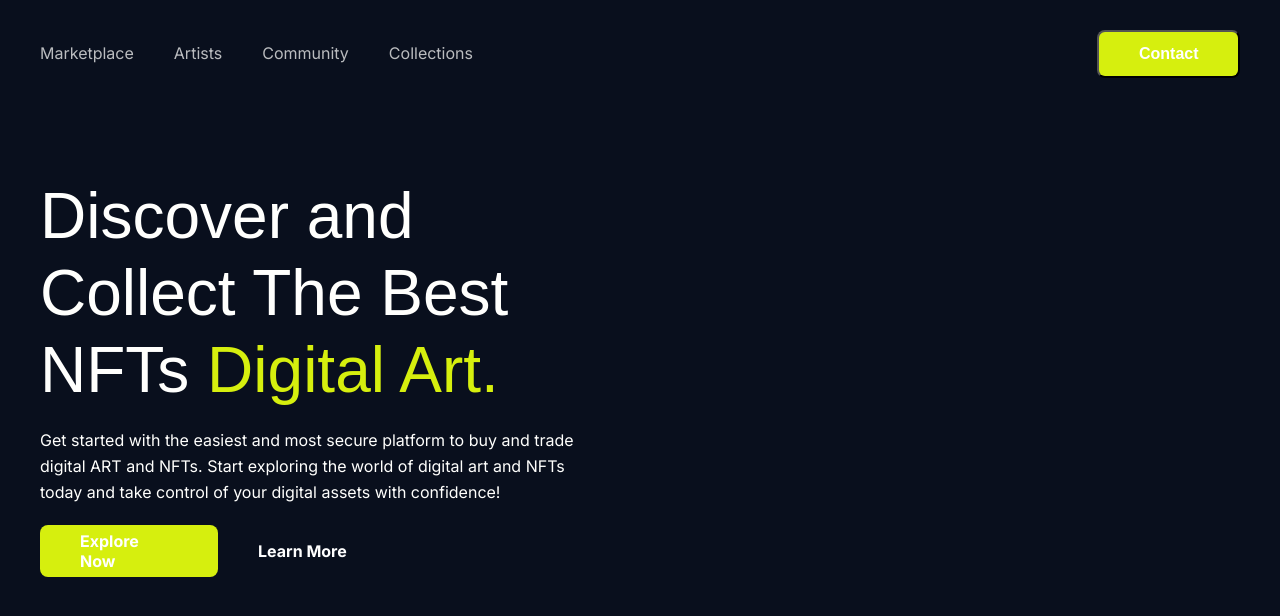
Repository: Kamron5505/NftMarketplace
Page: index.html
These files come from the project's save history. The page is drawn as it stood at one moment and after a run of saves; the edit follows.
The browser window is 1280 px wide. The pictures show the whole page.
Some web fonts or font styles are not loaded; a fallback is used.

Above is the page before, as saved 2025-07-08 13:07:04.

After the next 3 saves:
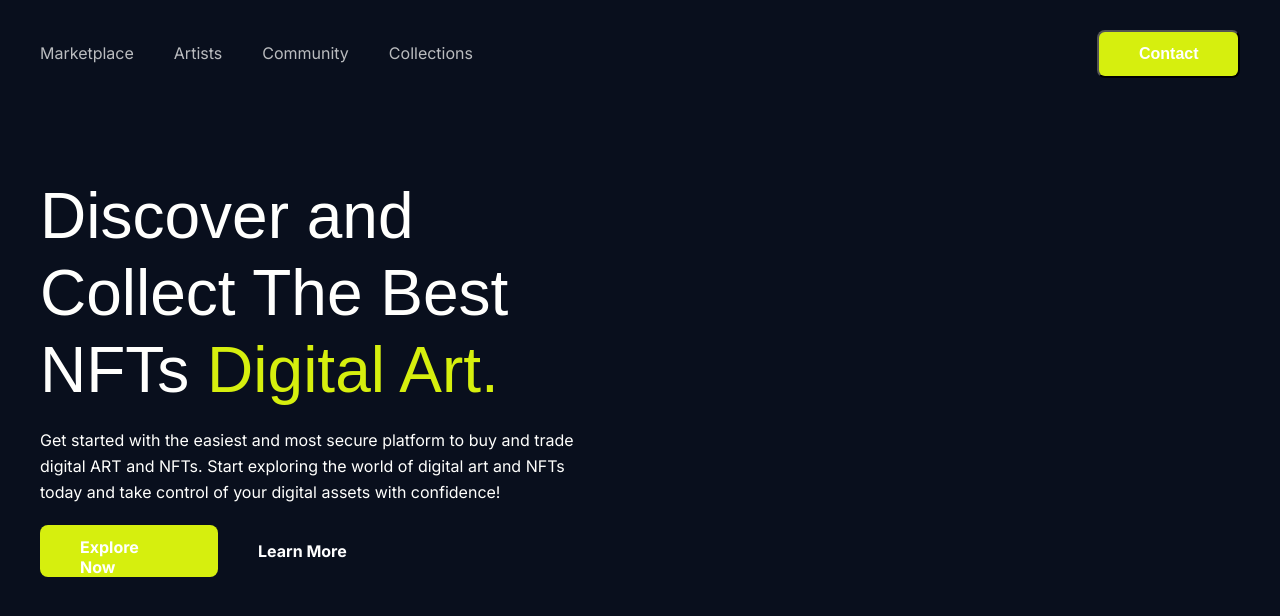
The 3 saves are shown as one change because they came seconds apart.
The last was saved 9 s later.
--- a/style.css
+++ b/style.css
@@ -134,9 +134,9 @@ h6 {
     font-size: 16px;
     /* line-height: 120%; */
     color: #fff;
-    display: flex;
-    align-items: center;
-    justify-content: center;
+    /* display: flex; */
+    /* align-items: center; */
+    /* justify-content: center; */
 }
 
 .btn-primary {
